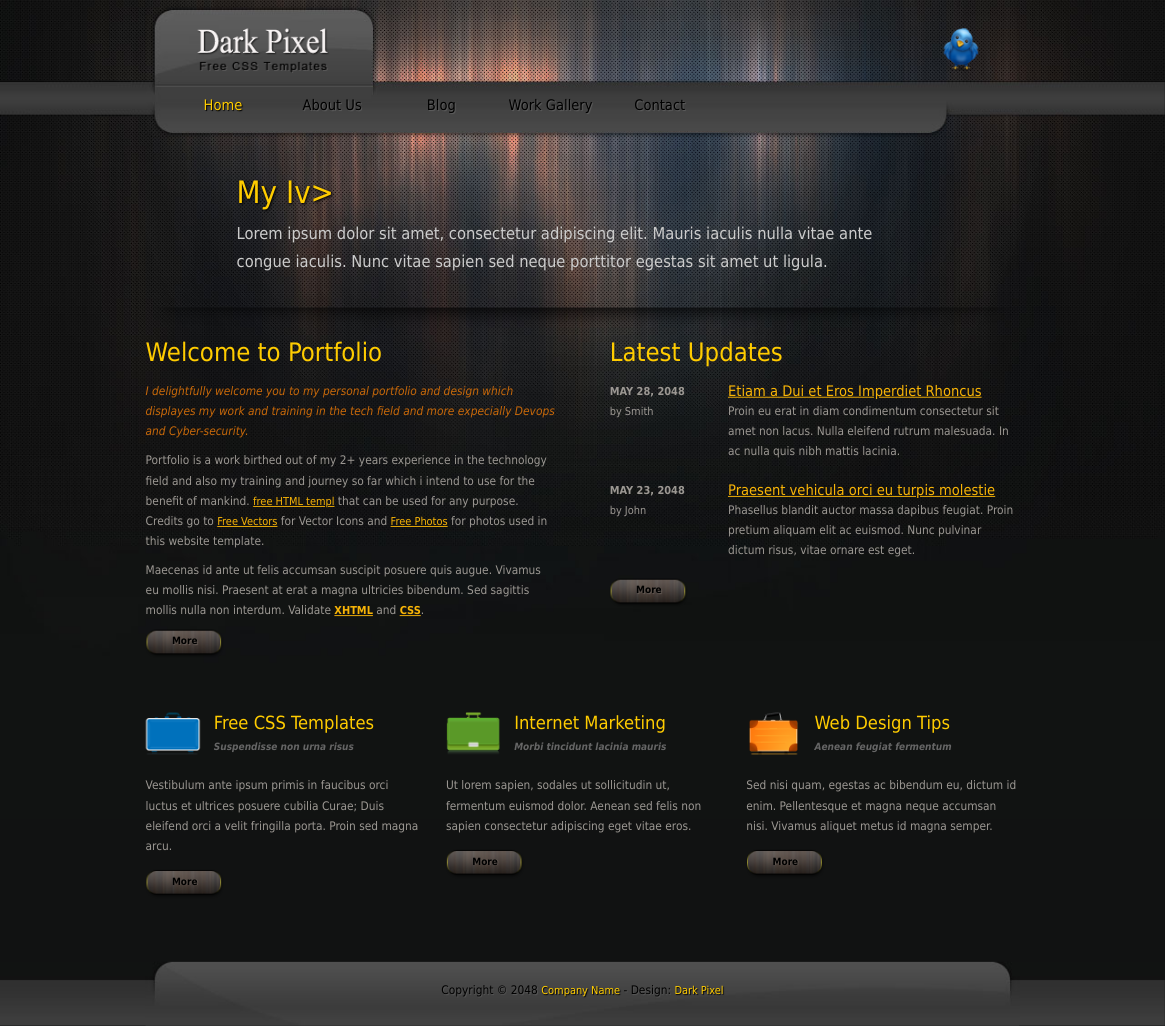
Repository: xenacode-art/Portfolio
Page: 2020_dark_pixel/index.html
The author's editor kept a copy of each file at every save. The page is drawn from the files as they stood at one save, then again after the next save.
The browser window is 1280 px wide. The pictures show the whole page, at 91% of full size.
Pictures or frames that could not be fetched are drawn as grey boxes.

Above is the page before, as saved 2022-03-07 21:56:15.

### 2020_dark_pixel/index.html
<!DOCTYPE html PUBLIC "-//W3C//DTD XHTML 1.0 Transitional//EN" "http://www.w3.org/TR/xhtml1/DTD/xhtml1-transitional.dtd">
<html xmlns="http://www.w3.org/1999/xhtml">
<head>
<meta http-equiv="Content-Type" content="text/html; charset=utf-8" />
<!--
	Template 2020 Dark Pixel
    http://www.tooplate.com/view/2020-dark-pixel
-->
<title>Dark</title>
<meta name="keywords" content="" />
<meta name="description" content="" />
<link href="tooplate_style.css" rel="stylesheet" type="text/css" />
</head>
<body>

<div id="tooplate_wrapper">

    <div id="tooplate_header">

    	<div id="site_title"><h1><a href="#">Dark</a></h1></div>
        <div id="twitter"><a href="#"></a></div>

        <div id="tooplate_menu">
            <ul>
                <li><a href="index.html" class="current">Home</a></li>
                <li><a href="about.html">About Us</a></li>
                <li><a href="blog.html">Blog</a></li>
                <li><a href="gallery.html">Work Gallery</a></li>
                <li class="last"><a href="contact.html">Contact</a></li>
            </ul>
        </div> <!-- end of tooplate_menu -->

    </div> <!-- end of header -->

    <div id="tooplate_middle">
    	<div id="mid_title">
        	My Iv>

        </div>
            <p>Lorem ipsum dolor sit amet, consectetur adipiscing elit. Mauris iaculis nulla vitae ante congue iaculis. Nunc vitae sapien sed neque porttitor egestas sit amet ut ligula.</p>
    </div> <!-- end of middle -->

    <div id="tooplate_main">

            <div class="col_w960">

            	<div class="col_w450 lp_box float_l">
                    <h2>Welcome to Portfolio</h2>
                    <p><em> I delightfully welcome you to my personal portfolio and design which displayes my work and training in the tech field and more expecially Devops and Cyber-security.</em></p>
                    <p>Portfolio is a work birthed  out of my 2+ years experience in the technology field and also my training and journey so far which i intend to use for the benefit of mankind. <a rel="nofollow" href="http://www.tooplate.com">free HTML templ</a> that can be used for any purpose. Credits go to <a rel="nofollow" href="http://www.vectorvaco.com">Free Vectors</a> for Vector Icons and <a rel="nofollow" href="http://www.photovaco.com">Free Photos</a> for photos used in this website template.</p>
                    <p>Maecenas id ante ut felis accumsan suscipit posuere quis augue. Vivamus eu mollis nisi. Praesent at erat a magna ultricies bibendum. Sed sagittis mollis nulla non interdum. Validate <a href="http://validator.w3.org/check?uri=referer" rel="nofollow"><strong>XHTML</strong></a> and <a href="http://jigsaw.w3.org/css-validator/check/referer" rel="nofollow"><strong>CSS</strong></a>.</p>
                    <a class="more" href="#">More</a>
                </div>

                <div class="col_w450 float_r">
                    <h2>Latest Updates</h2>

					<div class="lbe_box">
                        <div class="lbe_date">
                            MAY 28, 2048
                            <span>by Smith</span>
                        </div>

						<div class="lbe_content">
                            <h3><a href="#">Etiam a Dui et Eros Imperdiet Rhoncus</a></h3>
                            <p>Proin eu erat in diam condimentum consectetur sit amet non lacus. Nulla eleifend rutrum malesuada. In ac nulla quis nibh mattis lacinia.</p>
                        </div>
                        <div class="cleaner"></div>
                    </div>

					<div class="lbe_box">
                        <div class="lbe_date">
                            MAY 23, 2048
                            <span>by John</span>
                        </div>

						<div class="lbe_content">
                            <h3><a href="#">Praesent vehicula orci eu turpis molestie</a></h3>
                            <p>Phasellus blandit auctor massa dapibus feugiat. Proin pretium aliquam elit ac euismod. Nunc pulvinar dictum risus, vitae ornare est eget.</p>
                        </div>
                        <div class="cleaner"></div>
                    </div>

					<a class="more" href="#">More</a>
                </div>

                <div class="cleaner"></div>
            </div>

        	<div class="col_w960 col_last">
              <div class="col_allw300 frontpage_box">
                    <img src="images/tooplate_bc_blue.png" alt="Image" />
                    <h2>Free CSS Templates</h2>
                    <span class="tagline">Suspendisse non urna risus</span>
                    <p>Vestibulum ante ipsum primis in faucibus orci luctus et ultrices posuere cubilia Curae; Duis eleifend orci a velit fringilla porta. Proin sed magna arcu.</p>
                    <a class="more" href="#">More</a>
                </div>

				<div class="col_allw300 frontpage_box">
                    <img src="images/tooplate_bc_green.png" alt="Image" />
                    <h2>Internet Marketing</h2>
                    <span class="tagline">Morbi tincidunt lacinia mauris</span>
                    <p>Ut lorem sapien, sodales ut sollicitudin ut, fermentum euismod dolor. Aenean sed felis non sapien consectetur adipiscing eget vitae eros.</p>
                    <a class="more" href="#">More</a>
                </div>

				<div class="col_allw300 frontpage_box col_last">
                    <img src="images/tooplate_bc_orange.png" alt="Image" />
                  <h2>Web Design Tips</h2>
                    <span class="tagline">Aenean feugiat fermentum </span>
                  <p>Sed nisi quam, egestas ac bibendum eu, dictum id enim. Pellentesque et magna neque accumsan nisi. Vivamus aliquet metus id magna semper. </p>
                    <a class="more" href="#">More</a>
                </div>
                <div class="cleaner"></div>
            </div>
    </div> <!-- end of main -->

</div> <!-- end of wrapper -->

<div id="tooplate_footer_wrapper">
    <div id="tooplate_footer">

        Copyright © 2048 <a href="#">Company Name</a> - Design: <a href="http://www.tooplate.com/view/2020-dark-pixel">Dark Pixel</a>

    </div>
    <!-- end of tooplate_footer -->
</div>
<!--   Free Website Template by t o o p l a t e . c o m   -->
</body>
</html>

### 2020_dark_pixel/tooplate_style.css
/*

Template 2020 Dark Pixel

http://www.tooplate.com/view/2020-dark-pixel

*/

body {
	margin: 0;
	padding: 0;
	color: #9c9893;
	font-family: Tahoma, Geneva, sans-serif;
	font-size: 13px;
	line-height: 1.7em;
	background-color: #111212;
	background-image: url(images/tooplate_body.jpg);
	background-repeat: repeat-x;
	background-position: top center
}

a, a:link, a:visited {
	color: #f9b507;
	font-weight: normal;
	text-decoration: underline;
	font-size: 12px;
}

a:hover {
	text-decoration: none;
}

a.more {
	display: block;
	width: 86px;
	height: 29px;
	padding: 2px 0 0;
	text-align: center;
	text-decoration: none;
	font-weight: 700;
	font-size: 11px;
	background: url(images/tooplate_more.png)  no-repeat top center;
	color: #000;
	text-shadow: 1px 1px 1px #625953
}

a.more:hover {
	color: #fff;
	text-shadow: 1px 1px 1px #000
}

p { margin: 0 0 10px 0; padding: 0; }
img { border: none; }
blockquote { font-style: italic; margin: 0 0 0 10px;}
cite { font-weight: bold; color:#fff; }
cite span { color: #fff; }
em { color: #c8690a; }

h1, h2, h3, h4, h5, h6 { color: #ffcc00; font-weight: normal; }
h1 { font-size: 34px; margin: 0 0 20px; padding: 5px 0 }
h2 { font-size: 28px; margin: 0 0 15px; padding: 5px 0; }
h3 { font-size: 24px; margin: 0 0 15px; padding: 0; }
h4 { font-size: 18px; margin: 0 0 15px; padding: 0; }
h5 { font-size: 16px; margin: 0 0 10px; padding: 0;  }
h6 { font-size: 14px; margin: 0 0 5px; padding: 0; }

.cleaner { clear: both }
.h10 { height: 10px }
.h20 { height: 20px }
.h30 { height: 30px }
.h40 { height: 40px }
.h50 { height: 50px }
.h60 { height: 60px }

.float_l { float: left }
.float_r { float: right }

.image_wrapper {
	display: inline-block;
	border: 1px solid #414141;
	padding: 4px;
	background: #000;
	margin-bottom: 5px
}

.image_fl {
	float: left;
	margin: 3px 30px 0 0
}

.image_fr {
	float: right;
	margin: 3px 0 0 30px
}

.tooplate_list {
	margin: 20px 0 20px 20px;
	padding: 0;
	list-style: none;
}

.tooplate_list li {
	color:#fff;
	margin: 0;
	padding: 0 0 5px 20px;
	background: url(images/tooplate_list.png) no-repeat scroll 0 5px;
}

.tooplate_list li a {
	color: #fff;
	font-weight: normal;
	font-size: 12px;
	text-decoration: none;
}

.tooplate_list li a:hover {
	text-decoration: underline;
}

#tooplate_wrapper {
	width: 960px;
	margin: 0 auto;
	padding: 0 10px;
	background: url(images/tooplate_body.jpg) top center no-repeat
}

#tooplate_header {
	clear: both;
	width: 940px;
	height: 130px;
	padding: 10px;
	background: url(images/tooplate_header.jpg) top center no-repeat
}

#site_title {
	float: left;
	width: 240px;
	height: 55px;
	margin: 20px auto;
}

#site_title h1 {
	margin: 0;
	padding: 0;
}

#site_title h1 a {
	display: block;
	width: 240px;
	height: 60px;
	color: #fff;
	outline: none;
	text-indent: -10000px;
	background: url(images/tooplate_logo.png) no-repeat top center
}

#twitter a{
	float: right;
	font-weight: normal;
	display: block;
	padding: 25px 55px 25px 0;
	margin: 20px 30px 0 0;
	color: #000;
	font-size: 18px;
	background: url(images/twitter.png)  no-repeat right center
}

/* menu */

#tooplate_menu {
	clear: both;
	width: 910px;
	padding: 0 15px;
	background: url(images/tooplate_menu.png)
}

#tooplate_menu ul {
	margin: 0 auto;
	padding: 0;
	list-style: none;
}

#tooplate_menu ul li {
	padding: 0;
	margin: 0;
	display: inline;
}

#tooplate_menu ul .last { background: none }

#tooplate_menu ul li a {
	float: left;
	display: block;
	width: 120px;
	padding: 0;
	font-size: 16px;
	color: #000;
	text-shadow: 1px 1px 1px #5f5f5f;
	text-align: center;
	text-decoration: none;
	font-weight: 400;
	outline: none;
	border: none;
}

#tooplate_menu ul li a:hover, #tooplate_menu ul .current {
	color: #ffcc00;
	text-shadow: 1px 1px 1px #000
}

/* end of menu */

#tooplate_middle {
	clear: both;
	width: 760px;
	padding: 50px 100px 60px;
	overflow: hidden;
	background: url(images/tooplate_mid_divider.png) bottom center no-repeat
}

#mid_title {
	font-size: 34px;
	font-weight: 400;
	color: #ffcc00;
	margin-bottom: 20px;
	text-shadow: 1px 1px 3px #000
}

#tooplate_middle p {
	width: 700px;
	font-size: 18px;
	color: #ccc;
	line-height: 30px;
}

/* main */

#tooplate_main {
	clear: both;
	width: 960px;
	padding: 0 0 40px;
	margin: 0;
}

.col_w960 { width: 960px; margin-bottom: 60px }
.col_w600 { width: 600px }
.col_w450 { width: 450px }
.col_w300 { width: 300px }
.col_w200 { width: 200px }
.col_allw300 { float: left; width: 300px; margin-right: 30px }
.col_last { margin: 0 }

.frontpage_box h2 {
	font-size: 20px;
	padding: 0;
	margin-bottom: 5px;
	color: #ffcc00;
}

.frontpage_box img {
	float: left; margin-right: 15px;
}

.frontpage_box a.more {
	margin-top: 15px;
}

.tagline {
	display: block;
	font-size: 11px;
	font-weight: bold;
	font-style: italic;
	color: #666;
	margin-bottom: 20px
}

.lp_frontpage {
	margin: 0;
	padding: 0;
	list-style: none
}

.lp_frontpage li {
	margin: 0;
	padding: 0;
	display: inline
}

.lp_frontpage li a {
	float: left;
	display: block;
	width: 200px;
	height: 100px;
	margin: 0 10px 10px 0
}

.lp_frontpage li a img {
	width: 190px;
	height: 90px;
	border: 1px solid #203252;
	padding: 4px;
}

.sb_lp_box { clear: both; margin-bottom: 20px }
.sb_lp_box img { width: 280px; height: 140px; padding: 9px; border: 1px solid #ccc }


#gallery {
	margin: 0;
	padding: 0
}

#gallery .gallery_box {
	clear: both;
	margin-bottom: 30px;
	padding-bottom: 30px;
	background: url(../images/tooplate_hr_divider.png) bottom repeat-x
}

#gallery .gallery_box img {
	float: left;
	width: 420px;
	height: 200px;
	border: 1px solid #ccc;
	padding: 9px;
	margin-right: 40px;
	background: #fff
}

#gallery .last_box {
	margin-bottom: 0;
	padding-bottom: 0;
	background: none
}

.news_box { margin-bottom: 60px }
.news_box h2 { font-size: 16px; margin-bottom: 0 }
.news_box p.date { color: #000; margin-bottom: 0 }
.news_box img { float: left; width: 100px; height: 100px; border: 5px solid #ccc; margin-right: 20px; }
.news_box a.more { float: right; }

.post_box {
	clear: both;
	margin-bottom: 30px;
	padding-bottom: 30px;
	background: repeat-x bottom;
}

.post_box_date {
	float: left;
	width: 100px;
	font-size: 12px;
	font-weight: bold;
	padding-top:10px;
}

.post_box_date span {
	display: block;
	font-weight: normal;
}

.post_box_content {
	float: right;
	width: 480px
}

.post_box_content img {
	margin-bottom: 10px
}

.post_box h2 {
	font-size: 34px;
	margin-bottom: 20px;
}

.post_box h2 a {
	color: #ffcc00;
	font-size: 34px;
	font-weight: normal;
	line-height: 34px;
	margin-bottom: 20px;
	text-decoration: none
}

.post_box h2 a span {
	font-size: 12px;
	color: #333
}

.post_box p {
	margin-bottom: 0;
}

.post_box p.date {
	font-size: 10px;
	font-weight: 700;
	color: #0e4369
}

.post_box .more {
	clear: both;
	float: right;
	margin-top: 20px;
}

.lbe_box {
	clear: both;
	margin-bottom: 20px;
}

.lbe_date {
	float: left;
	width: 100px;
	font-size: 12px;
	font-weight: bold;
}

.lbe_date span {
	display: block;
	font-weight: normal;
}

.lbe_content {
	float: right;
	width: 320px;
}

.lbe_box h3 {
	font-size: 16px;
	margin-bottom: 0;
}

.lbe_box h3 a {
	color: #f9b507;
	font-size: 16px;
	font-weight: normal;
}

.lbe_box h3 a span {
	font-size: 12px;
	color: #333;
}

.lbe_box p {
	margin-bottom: 0;
}

.lbe_box p.date {
	font-size: 10px;
	font-weight: 700;
	color: #f9b507;
}

#cp_contact_form {
	padding: 0;
	width: 400px
}

#cp_contact_form form {
	margin: 0px;
	padding: 0px;
}

#cp_contact_form form .input_field {
	width: 388px;
	padding: 5px;
	color: #aaa;
	border: 1px solid #3b3a3a;
	background: #1b1a1a;
	font-family: Verdana,Geneva,sans-serif;
    font-size: 12px;
	margin-top: 5px;
}

#cp_contact_form form label {
	display: block;
	width: 220px;
	margin-right: 10px;
	font-size: 13px;
	color: #ccc;
}

#cp_contact_form form textarea {
	width: 388px;
	height: 160px;
	padding: 5px;
	color: #aaa;
	border: 1px solid #3b3a3a;
	background: #1b1a1a;
	font-family: Verdana,Geneva,sans-serif;
    font-size: 12px;
	margin-top: 5px;
}

#cp_contact_form form .submit_btn  {
	margin: 5px 0px;
	padding: 3px 14px;
	font-weight: bold;
	color: #aaa;
	border: 1px solid #3b3a3a;
	background: #1b1a1a;
}

#map img {
	width: 300px;
	height: 200px;
	border: 1px solid #999;
	padding: 5px;
}

#tooplate_footer_wrapper {
	margin-top: 30px;
	clear: both;
	width: 100%;
	background: url(images/tooplate_footer_repeat.jpg) repeat-x top
}

#tooplate_footer {
	clear: both;
	width: 960px;
	height: 30px;
	padding: 20px 14px;
	text-align: center;
	color: #000;
	text-shadow: 1px 1px 1px #585858;
	margin: 0 auto;
	background: url(images/tooplate_footer.jpg) no-repeat top
}

#tooplate_footer a {
	font-weight: normal;
	color: #ffcc00;
	text-decoration: none;
	text-shadow: 1px 1px 1px #000
}

After the next save:
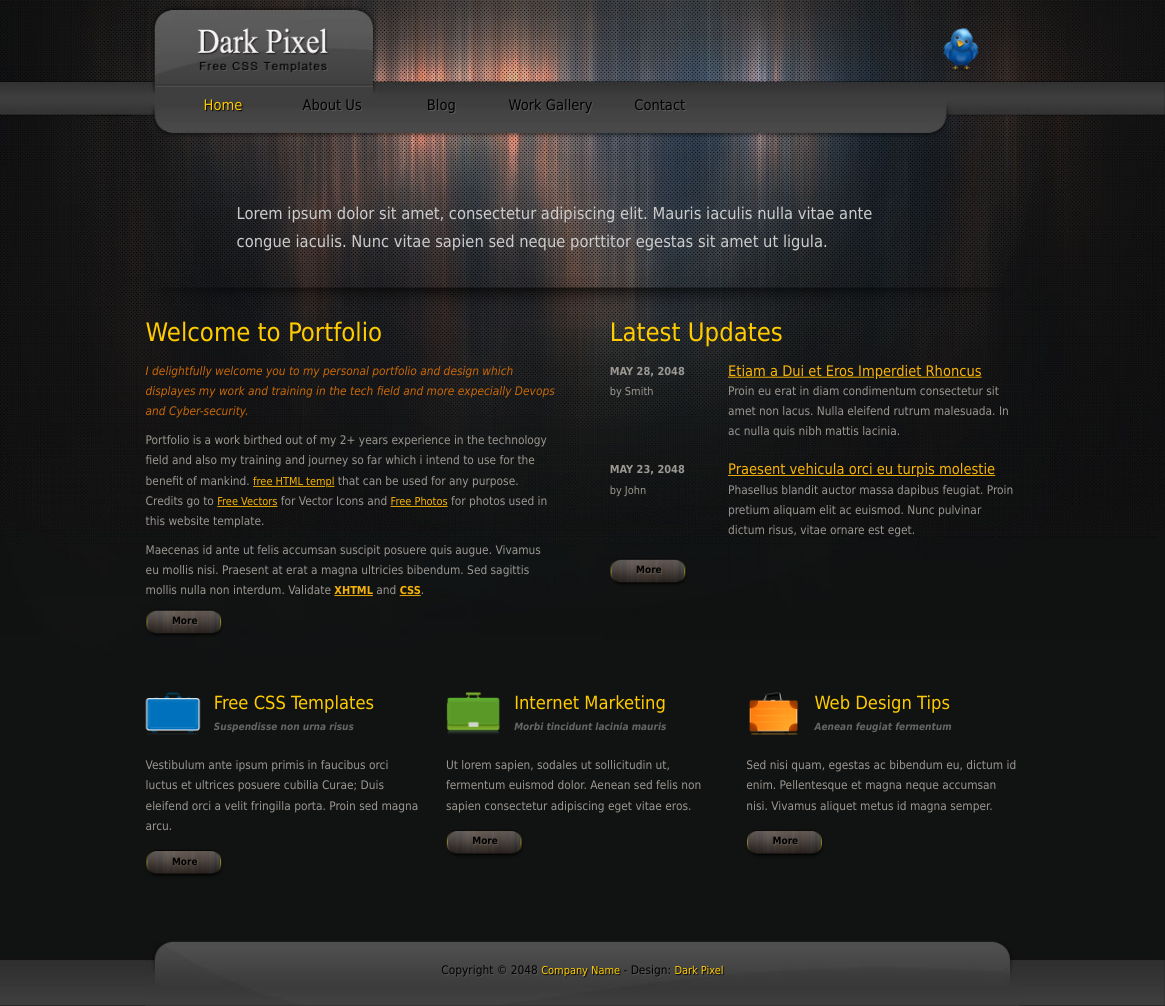
Saved 5 s later.
--- a/2020_dark_pixel/index.html
+++ b/2020_dark_pixel/index.html
@@ -34,7 +34,7 @@
 
     <div id="tooplate_middle">
     	<div id="mid_title">
-        	My Iv>
+
 
         </div>
             <p>Lorem ipsum dolor sit amet, consectetur adipiscing elit. Mauris iaculis nulla vitae ante congue iaculis. Nunc vitae sapien sed neque porttitor egestas sit amet ut ligula.</p>

After the 6 saves that followed:
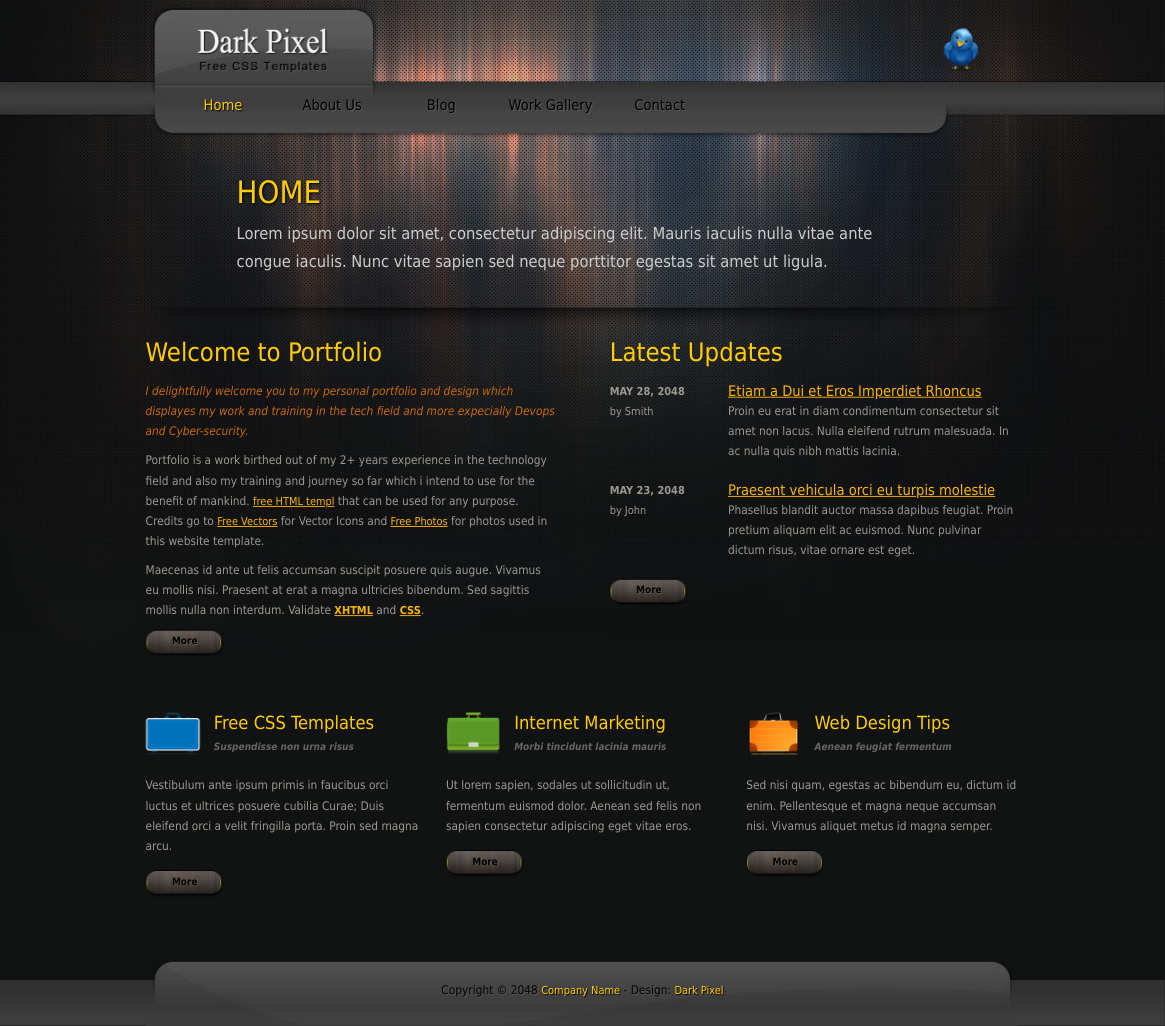
The 6 saves are shown as one change because they came seconds apart.
The last was saved 15 s later.
--- a/2020_dark_pixel/index.html
+++ b/2020_dark_pixel/index.html
@@ -34,8 +34,7 @@
 
     <div id="tooplate_middle">
     	<div id="mid_title">
-
-
+        	HOME
         </div>
             <p>Lorem ipsum dolor sit amet, consectetur adipiscing elit. Mauris iaculis nulla vitae ante congue iaculis. Nunc vitae sapien sed neque porttitor egestas sit amet ut ligula.</p>
     </div> <!-- end of middle -->
